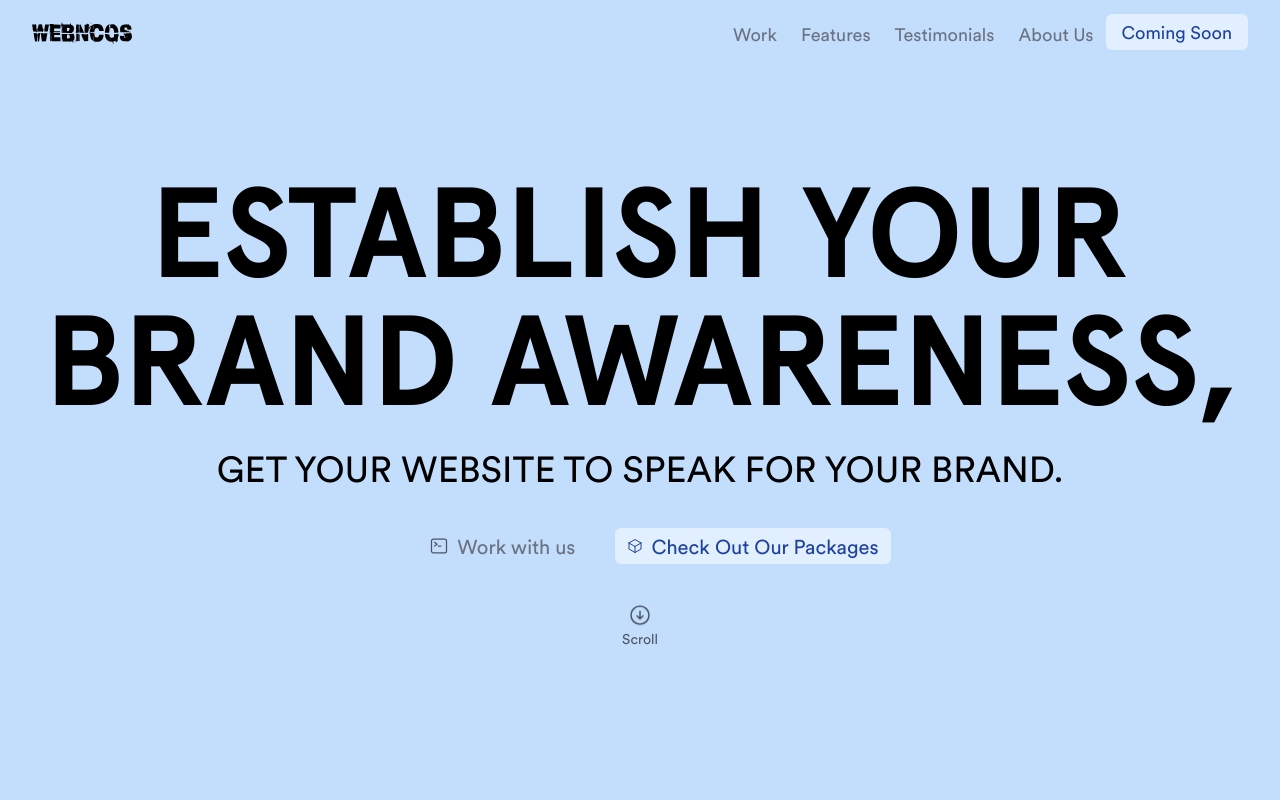
Repository: 1realjulius/webncos
Page: /
An editor plug-in stored every save of this project. The page is shown before and after the next save, followed by the edit.
The browser window is 1280 px wide. The pictures show the whole page.
The project was rebuilt for these pictures with package versions that can differ from the ones it lists, and the page was loaded fresh each time. The framework's server and built-in components were replaced by stand-ins that run in the browser. Also part of the build but not shown: next.config.js.

Above is the page before, as saved 2022-09-03 23:46:01.

### pages/index.tsx
import type { NextPage } from "next";
import Head from "next/head";
import MainHome from "../components/MainHome";
import NavigationBar from "../components/NavigationBar";

const Home: NextPage = () => {
  return (
    <div className="flex min-h-screen font-circularBook flex-col bg-blue-200">
      <Head>
        <title>Webncos</title>
        <meta
          name="description"
          content="Website and Software Development Agency."
        />
        <meta property="og:type" content="website" />
        <meta property="og:url" content="https://www.webncos.com/" />
        <meta
          property="og:title"
          content="Webncos — Website and Software Development Agency."
        />
        <meta
          property="og:description"
          content="Website and Software Development Agency."
        />
        {/* <meta property="og:image" content="/Assets/newmemoji.svg"/> */}
        {/* <meta property="twitter:card" content="/Assets/Julius_Eghan.jpg"/> */}
        <meta property="twitter:url" content="https://www.webncos.com/" />
        <meta
          property="twitter:title"
          content="Webncos — Website and Software Development Agency."
        />
        <meta
          property="twitter:description"
          content="Website and Software Development Agency."
        />
        {/* <meta property="twitter:image" content="/Assets/Julius_Eghan.jpg"/> */}
        <link rel="icon" href="/favicon.ico" />
        <link
          rel="apple-touch-icon"
          sizes="180x180"
          href="/apple-touch-icon.png"
        />
        <link
          rel="icon"
          type="image/png"
          sizes="32x32"
          href="/favicon-32x32.png"
        />
        <link
          rel="icon"
          type="image/png"
          sizes="16x16"
          href="/favicon-16x16.png"
        />
        {/* <meta name="google-site-verification" content="0HesePHVymRqGiL70HUKPIq0Zsap0uUIb_Ci0DpImRY" /> */}
        <meta
          name="theme-color"
          content="#2563eb"
          media="(prefers-color-scheme: light)"
        />
        <meta
          name="theme-color"
          content="#2563eb"
          media="(prefers-color-scheme: dark)"
        />
      </Head>
      <NavigationBar />
      <MainHome />
    </div>
  );
};

export default Home;

### styles/globals.css
@tailwind base;
@tailwind components;
@tailwind utilities;

@layer base{
      @font-face{
        font-family: 'ApercuBold';
        src: url("/Fonts/ApercuPro-Bold.woff") format("woff"),url("/Fonts/ApercuPro-Bold.woff2") format("woff2");
      }
      @font-face{
        font-family: 'ApercuMedium';
        src: url("/Fonts/ApercuPro-Medium.woff") format("woff"),url("/Fonts/ApercuPro-Medium.woff2") format("woff2");
      }
      @font-face{
        font-family: 'circularBlack';
        src: url("/Fonts/circular-black.woff2") format("woff2");
      }
      @font-face{
        font-family: 'circularBold';
        src: url("/Fonts/circular-bold.woff2") format("woff2");
      }
      @font-face{
        font-family: 'circularBook';
        src: url("/Fonts/circular-book.woff2") format("woff2");
      }
      @font-face{
        font-family: 'circularMedium';
        src: url("/Fonts/circular-medium.woff2") format("woff2");
      }
      @font-face{
        font-family: 'Parcel';
        src: url("/Fonts/parcel.woff2") format("woff2"), url("/Fonts/parcel.woff") format("woff");
      }
    }

### components/MainHome.tsx
import Link from "next/link";
import React from "react";
import Image from "next/image";
import FeatureImg from "/Assets/Julius_Eghan.jpg";
import FImg from "/Assets/Julius_Eghan.jpg";

const MainHome = () => {
  return (
    <div className="flex flex-col items-center justify-center">
      <div className="flex flex-col max-w-7xl">
        {/* header */}
        <div className="flex md:my-2 min-h-screen items-center justify-center flex-col">
          <div className=" flex flex-col items-center justify-center">
            <div className="pt-4 pb-2">
              <h1 className="text-6xl md:text-9xl text-center px-2 font-ApercuBold">
                ESTABLISH YOUR BRAND AWARENESS,
              </h1>
            </div>
            <div className="">
              <h2 className="text-2xl md:text-4xl px-2 py-2">
                GET YOUR WEBSITE TO SPEAK FOR YOUR BRAND.
              </h2>
            </div>
            <div className="flex flex-col md:flex-row items-center py-6">
              <div className="px-10 py-1 my-2">
                <Link href="#">
                  <div className="flex flex-row items-center space-x-2">
                    <span>
                      <svg
                        xmlns="http://www.w3.org/2000/svg"
                        fill="none"
                        viewBox="0 0 24 24"
                        stroke-width="1.5"
                        stroke="currentColor"
                        className="w-5 h-5 text-gray-600"
                      >
                        <path
                          stroke-linecap="round"
                          stroke-linejoin="round"
                          d="M6.75 7.5l3 2.25-3 2.25m4.5 0h3m-9 8.25h13.5A2.25 2.25 0 0021 18V6a2.25 2.25 0 00-2.25-2.25H5.25A2.25 2.25 0 003 6v12a2.25 2.25 0 002.25 2.25z"
                        />
                      </svg>
                    </span>
                    <h3 className="text-gray-500 hover:text-gray-900 cursor-pointer text-xl">
                      Work with us
                    </h3>
                  </div>
                </Link>
              </div>
              <Link href="#">
                <div className="flex flex-row items-center space-x-2 px-3 py-1 rounded-md bg-blue-100 active:bg-blue-300 my-2 cursor-pointer">
                  <span>
                    <svg
                      xmlns="http://www.w3.org/2000/svg"
                      fill="none"
                      viewBox="0 0 24 24"
                      stroke-width="1.5"
                      stroke="currentColor"
                      className="w-4 h-4 text-blue-800"
                    >
                      <path
                        stroke-linecap="round"
                        stroke-linejoin="round"
                        d="M21 7.5l-9-5.25L3 7.5m18 0l-9 5.25m9-5.25v9l-9 5.25M3 7.5l9 5.25M3 7.5v9l9 5.25m0-9v9"
                      />
                    </svg>
                  </span>
                  <h3 className="text-blue-800 text-xl">
                    Check Out Our Packages
                  </h3>
                </div>
              </Link>
            </div>
          </div>
          <div className=" flex flex-col mt-2 items-center justify-center pb-4 mb-10">
            <span className="">
              <svg
                xmlns="http://www.w3.org/2000/svg"
                fill="none"
                viewBox="0 0 24 24"
                stroke-width="1.5"
                stroke="currentColor"
                className="w-6 h-6 animate-bounce text-gray-600"
              >
                <path
                  stroke-linecap="round"
                  stroke-linejoin="round"
                  d="M9 12.75l3 3m0 0l3-3m-3 3v-7.5M21 12a9 9 0 11-18 0 9 9 0 0118 0z"
                />
              </svg>
            </span>
            <span className="text-sm text-gray-600">Scroll</span>
          </div>
        </div>
        {/* We develop brands */}
        <div className=" hidden flex-col bg-white p-4 px-4 md:px-24 items-center justify-center">
          <div className="py-2">
            <h1 className="text-4xl">
              WE DEVELOP WEBSITES AND SOFTWARES WITH..
            </h1>
          </div>
          <div className="p-2 flex flex-col md:flex-row border-2 border-blue-400 bg-blue-200 rounded-lg">
            <div className="flex flex-row">
              <div className="p-2 text-center">
                <div className="flex flex-col items-center">
                  <div className="items-center flex flex-row text-center">
                    <svg
                      fill="none"
                      xmlns="http://www.w3.org/2000/svg"
                      className="h-8 w-8 flex-none stroke-slate-400"
                      strokeWidth="1.5"
                      strokeLinecap="round"
                      strokeLinejoin="round"
                    >
                      <defs>
                        <linearGradient
                          id="next-icon-gradient"
                          x1="14.875"
                          y1="18"
                          x2="24"
                          y2="27.125"
                          gradientUnits="userSpaceOnUse"
                        >
                          <stop offset=".24" stopColor="#94A3B8"></stop>
                          <stop
                            offset="1"
                            stopColor="#94A3B8"
                            stopOpacity="0"
                          ></stop>
                        </linearGradient>
                      </defs>
                      <circle
                        cx="16"
                        cy="16"
                        r="12.25"
                        stroke="#94A3B8"
                        strokeWidth="1.5"
                        strokeLinecap="round"
                        strokeLinejoin="round"
                      ></circle>
                      <path
                        d="M11.75 21.25v-9.5L24 26"
                        stroke="url(#next-icon-gradient)"
                        strokeWidth="1.5"
                        strokeLinecap="round"
                        strokeLinejoin="round"
                      ></path>
                      <path
                        d="M21 11.75a.75.75 0 0 0-1.5 0v4.172l1.5 1.64V11.75Z"
                        fill="#94A3B8"
                        strokeWidth="0"
                      ></path>
                    </svg>
                    <span className="ml-2.5 font-cadizMedium">Next.js</span>
                  </div>
                </div>
                <div>
                  <p className="text- base md:text-xl">
                    The React Framework that makes developing websites super
                    functional.
                  </p>
                </div>
              </div>
              <div className="p-2 text-center">
                <div className="flex flex-col items-center">
                  <div className="flex flex-row items-center">
                    <svg
                      fill="none"
                      xmlns="http://www.w3.org/2000/svg"
                      className="animate-spin h-8 w-8 flex-none stroke-blue-400"
                      strokeWidth="1.5"
                      strokeLinecap="round"
                      strokeLinejoin="round"
                    >
                      <ellipse cx="16" cy="16" rx="13" ry="5"></ellipse>
                      <ellipse
                        cx="16"
                        cy="16"
                        rx="13"
                        ry="5"
                        transform="rotate(60 16 16)"
                      ></ellipse>
                      <ellipse
                        rx="13"
                        ry="5"
                        transform="matrix(-.5 .86603 .86603 .5 16 16)"
                      ></ellipse>
                      <circle cx="16" cy="16" r="2"></circle>
                    </svg>
                    <span className="ml-2.5 font-cadizMedium">
                      React Native
                    </span>
                  </div>
                </div>
                <div>
                  <p className="text- base md:text-xl">
                    React Native combines the best parts of native development
                    with React.
                  </p>
                </div>
              </div>
            </div>
            <div className=" flex flex-row">
              <div className="p-2 text-center">
                <div className=" flex flex-col items-center">
                  <div className="items-center flex space-x-2">
                    <Image
                      src="/Assets/swift_icon.png"
                      width={24}
                      height={24}
                      alt="webncos logo"
                      className=""
                    />
                    <span>SWIFT</span>
                  </div>
                </div>
                <div>
                  <p className="text- base md:text-xl">
                    Swift. A powerful open language that lets everyone build
                    amazing apps.
                  </p>
                </div>
              </div>
              <div className="p-2 text-center">
                <div className="mx-2">
                  <div className="flex flex-col items-center">
                    <span>
                      <svg
                        width="60"
                        height="18"
                        viewBox="0 0 89 23"
                        fill="none"
                        xmlns="http://www.w3.org/2000/svg"
                      >
                        <path
                          d="M28.495 8.724C28.495 7.124 26.96 5.446 24.292 5.446C21.3 5.446 18.015 7.649 17.512 12.046C16.998 16.486 19.749 18.459 22.522 18.459C25.295 18.459 26.747 17.374 28.232 15.927C26.955 14.317 25.306 15.061 24.99 15.225C24.4669 15.5165 23.8745 15.6606 23.276 15.642C22.206 15.642 21.114 15.16 21.114 13.154C27.97 12.474 28.494 10.314 28.494 8.724H28.495ZM25.097 8.987C25.053 9.48 24.857 10.324 21.385 10.797C22.115 8.187 23.515 7.991 24.158 7.991C24.2883 7.98505 24.4184 8.00722 24.5394 8.056C24.6604 8.10478 24.7694 8.17903 24.8592 8.27371C24.9489 8.36839 25.0172 8.48127 25.0595 8.6047C25.1017 8.72812 25.1169 8.85919 25.104 8.989L25.097 8.987ZM13.485 9.415L11.891 14.447L10.766 5.71C8.256 5.71 6.906 7.508 6.202 9.404L4.258 14.458L3.985 9.458C3.837 7.134 1.715 5.72 0 5.72L2.074 18.36C4.704 18.35 6.124 16.562 6.867 14.666L8.511 10.369C8.526 10.544 9.647 18.361 9.647 18.361C12.289 18.361 13.709 16.684 14.47 14.853L18.17 5.721C15.565 5.721 14.192 7.508 13.483 9.415H13.485ZM38.191 5.415C36.564 5.415 35.321 6.303 34.271 7.607V7.597L35.209 0C33.047 0 31.289 1.886 30.951 4.692L29.325 18.262C30.57 18.262 31.891 17.9 32.601 16.979C33.235 17.801 34.184 18.459 35.593 18.459C39.239 18.459 41.74 14.206 41.74 10.215C41.718 6.575 39.96 5.425 38.202 5.425L38.191 5.415ZM37.851 11.938C37.471 14.163 36.235 15.676 35.046 15.676C33.857 15.676 33.332 15.139 33.332 15.139C33.562 13.189 33.704 11.993 34.14 10.962C34.576 9.931 35.614 8.287 36.695 8.287C37.755 8.287 38.235 9.701 37.852 11.937L37.851 11.938ZM50.833 5.711H48.289L48.299 5.579C48.474 3.913 48.867 3.036 50.163 2.893C51.048 2.805 51.441 2.345 51.539 1.841L51.856 0.0760002C46.756 0.0430002 45.142 2.256 44.731 5.634L44.721 5.711H44.666C43.836 5.711 42.92 6.654 42.766 7.849L42.711 8.287H44.415L42.985 20.147L42.547 22.274C42.602 22.274 42.667 22.284 42.721 22.284C45.111 22.196 46.641 20.3 46.979 17.548L48.095 8.285H48.895C49.681 8.285 50.599 7.495 50.759 6.18L50.833 5.711ZM64.065 5.491C61.128 5.491 58.355 7.661 57.505 11.071C56.655 14.481 57.943 18.514 62.265 18.514C66.587 18.514 69.062 14.314 69.062 10.818C69.066 7.343 66.72 5.49 64.066 5.49L64.065 5.491ZM65.255 11.827C65.103 13.373 64.425 15.719 62.569 15.719C60.713 15.719 60.964 12.979 61.144 11.674C61.341 10.282 62.116 8.298 63.786 8.298C65.288 8.298 65.429 10.085 65.256 11.828L65.255 11.827ZM83.575 9.404L81.981 14.436C81.938 14.041 80.857 5.699 80.857 5.699C78.347 5.699 77.003 7.497 76.299 9.393L74.355 14.447C74.345 14.085 74.082 9.447 74.082 9.447C73.924 7.123 71.804 5.709 70.082 5.709L72.145 18.349C74.775 18.339 76.195 16.551 76.938 14.655L78.576 10.358C78.586 10.533 79.712 18.35 79.712 18.35C82.354 18.35 83.768 16.673 84.535 14.842L88.238 5.71C85.64 5.71 84.264 7.497 83.565 9.404H83.575ZM53.235 0.0740013L51.095 17.404L50.657 19.542C50.711 19.542 50.777 19.552 50.831 19.552C53.133 19.519 54.771 17.492 55.078 14.937L56.311 4.994C56.685 1.957 54.884 0.0720005 53.235 0.0720005V0.0740013Z"
                          fill="#4353FF"
                        />
                      </svg>
                    </span>
                  </div>
                </div>
                <div>
                  <p className="text- base md:text-xl">
                    Webflow is an asome no-code solution we have for our
                    clients.
                  </p>
                </div>
              </div>
            </div>
          </div>
        </div>
        {/* Fameworks Used */}
        <div className="hidden py-12 ">
          <div className="flex flex-col items-center justify-center mx-4">
            <h1 className="text-5xl py-2 flex items-baseline">
              <p className="text-lg px-1">We're</p> SOLUTIONS ORIENTED
            </h1>
            <p className="text-center text-2xl md:text-3xl md:px-14">
              We’re specialists, not generalists. Our company was built to
              provide deep expertise in digital channels that are extremely
              complex, and changing daily. We offer integrated solutions with
              unique services and deliverables tailored to unlock full-funnel
              growth.
            </p>
          </div>
        </div>
        {/* Services We offer (Features) */}
        <div></div>
        {/* Testimonials */}
        <div></div>
        {/* FAQs */}
        <div></div>
        {/* Other Sections */}
        <div></div>
      </div>
    </div>
  );
};

export default MainHome;

### components/NavigationBar.tsx
/* This example requires Tailwind CSS v2.0+ */
import { Fragment } from "react";
import { Disclosure, Menu, Transition } from "@headlessui/react";
import { BellIcon, MenuIcon, XIcon } from "@heroicons/react/outline";
import Link from "next/link";
import Image from "next/image";

function classNames(...classes: string[]) {
  return classes.filter(Boolean).join(" ");
}

export default function NavigationBar() {
  return (
    <Disclosure as="nav" className="bg-blue-200">
      {({ open }) => (
        <>
          <div className="max-w-7xl mx-auto px-4 sm:px-6 lg:px-8">
            <div className="flex justify-between h-16">
              <div className="flex">
                <div className="flex-shrink-0 flex items-center">
                  {/* the logo */}
                  <Link href="#">
                    <Image
                      src="/Assets/webncos-logo-lg.svg"
                      width={100}
                      height={22}
                      alt="webncos logo"
                      className=""
                    />
                  </Link>
                </div>
                <div className="hidden sm:ml-6 sm:flex sm:space-x-8"></div>
              </div>
              <div className="hidden sm:ml-6 sm:flex sm:items-center">
                <a
                  href="#"
                  className="text-gray-500 text-lg hover:text-gray-900 inline-flex items-center px-3 pt-1 "
                >
                  Work
                </a>
                <a
                  href="#"
                  className="text-gray-500 text-lg hover:text-gray-900 inline-flex items-center px-3 pt-1 "
                >
                  Features
                </a>
                <a
                  href="#"
                  className=" text-gray-500 hover:text-gray-900 inline-flex items-center px-3 pt-1  text-lg"
                >
                  Testimonials
                </a>
                <a
                  href="#"
                  className=" text-gray-500 hover:text-gray-900 inline-flex items-center px-3 pt-1  text-lg"
                >
                  About Us
                </a>
                <Link href="#">
                  <div className="px-4 py-1 bg-blue-100 active:bg-blue-300 rounded-md cursor-pointer">
                    <h2 className="text-blue-800 text-lg">Coming Soon</h2>
                  </div>
                </Link>
              </div>
              <div className="-mr-2 flex items-center sm:hidden">
                {/* Mobile menu button */}
                <Disclosure.Button className="inline-flex items-center justify-center p-2 rounded-full text-black hover:text-blue-800 hover:bg-blue-300 ">
                  <span className="sr-only">Open main menu</span>
                  {open ? (
                    <XIcon className="block h-6 w-6" aria-hidden="true" />
                  ) : (
                    <MenuIcon className="block h-6 w-6" aria-hidden="true" />
                  )}
                </Disclosure.Button>
              </div>
            </div>
          </div>

          <Disclosure.Panel className="sm:hidden border-2 border-blue-400 bg-blue-300 rounded-lg px-2 mx-2">
            <div className="flex flex-col pt-2 space-y-1 items-center">
              <a
                className="hover:bg-blue-200 w-full text-center py-2 rounded-md text-lg"
                href="#"
              >
                Work
              </a>
              <a
                className="hover:bg-blue-200 w-full text-center py-2 rounded-md text-lg"
                href="#"
              >
                Features
              </a>
              <a
                className="hover:bg-blue-200 w-full text-center py-2 rounded-md text-lg"
                href="#"
              >
                Testimonials
              </a>
              <a
                className="hover:bg-blue-200 w-full text-center py-2 rounded-md text-lg"
                href="#"
              >
                About Us
              </a>
            </div>
            <div className="flex py-2 items-center justify-center">
              <Link href="#">
                <div className="px-3 py-1 bg-blue-100 active:bg-blue-300 rounded-md cursor-pointer">
                  <h2 className="text-blue-800 text-lg">Coming Soon</h2>
                </div>
              </Link>
            </div>
          </Disclosure.Panel>
        </>
      )}
    </Disclosure>
  );
}

### tailwind.config.js
/** @type {import('tailwindcss').Config} */
module.exports = {
  content: [
    './pages/**/*.{js,ts,jsx,tsx}',
    './components/**/*.{js,ts,jsx,tsx}',
    "./node_modules/flowbite-react/**/*.js",
  ],
  theme: {
    extend: {
      fontFamily: {
        ApercuBold: 'ApercuBold, sans',
        ApercuMedium: 'ApercuMedium, sans',
        circularBlack: 'circularBlack, sans',
        circularBold: 'circularBold, sans',
        circularBook: 'circularBook, sans',
        circularMedium: 'circularMedium, sans',
        Parcel: 'Parcel, Parcel',
      },
    },
  },
  plugins: [
    require("flowbite/plugin")
  ],
}

### components/ComingSoon.tsx
import Image from "next/image";
import Link from "next/link";
import React from "react";

const ComingSoon = () => {
  return (
<div></div>
  );
};

export default ComingSoon;

Loaded but not shown: pages/_app.tsx (common file)

After the next save:
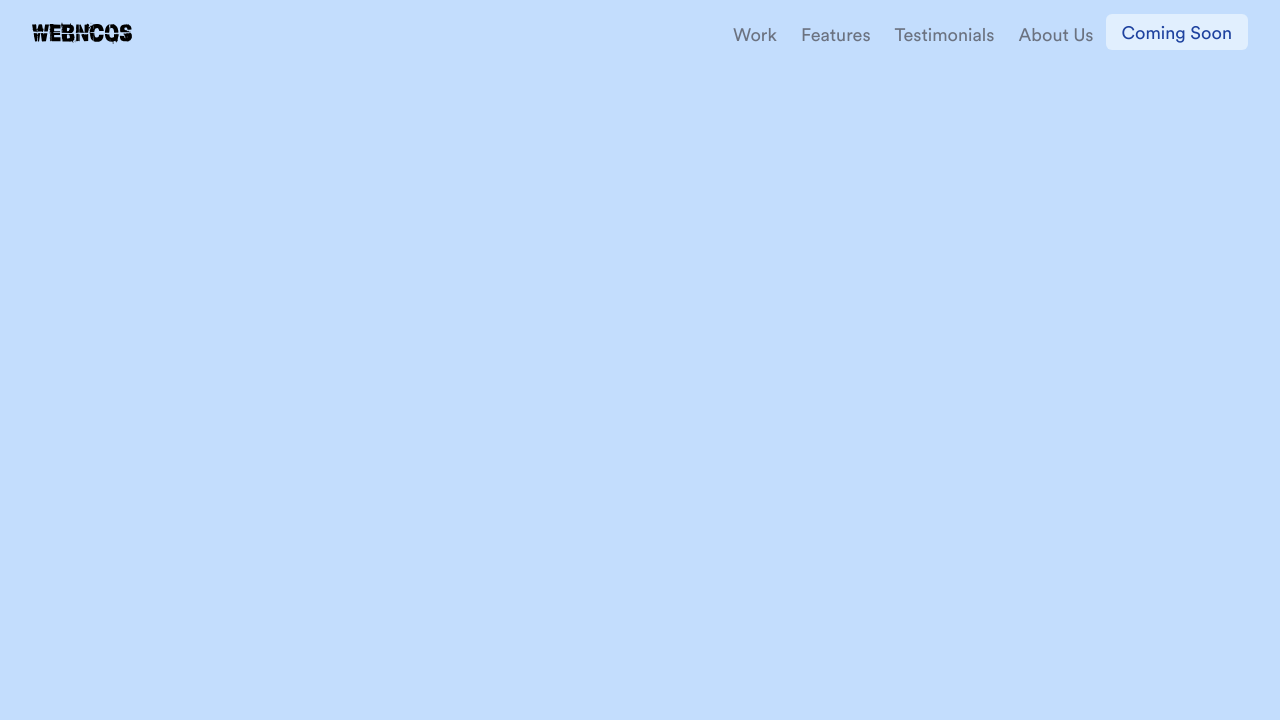
Saved 13 s later.
--- a/pages/index.tsx
+++ b/pages/index.tsx
@@ -1,5 +1,6 @@
 import type { NextPage } from "next";
 import Head from "next/head";
+import ComingSoon from "../components/ComingSoon";
 import MainHome from "../components/MainHome";
 import NavigationBar from "../components/NavigationBar";
 
@@ -65,7 +66,7 @@
         />
       </Head>
       <NavigationBar />
-      <MainHome />
+      <ComingSoon/>
     </div>
   );
 };
